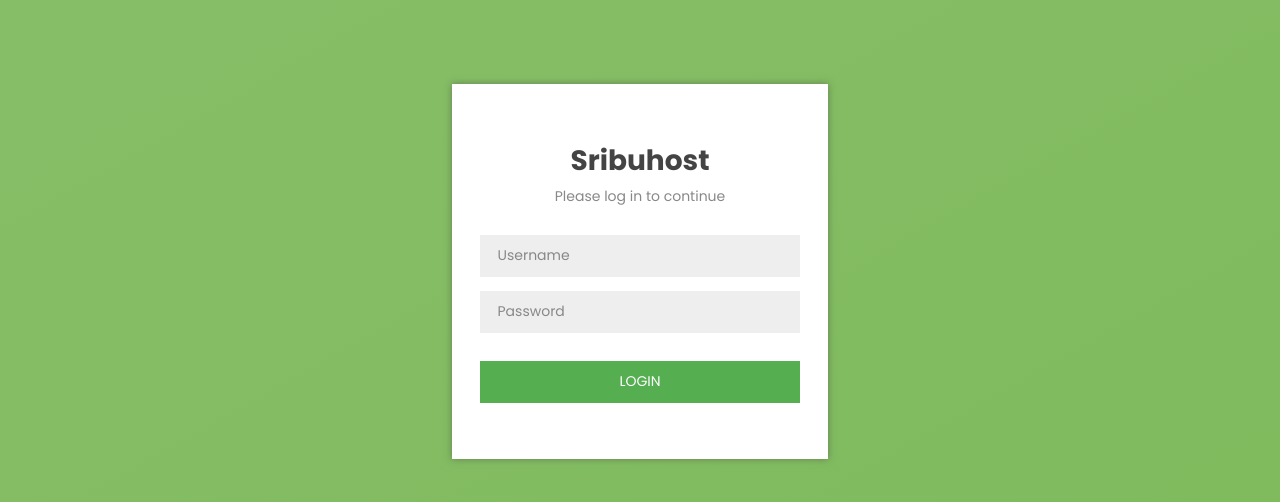
Repository: laurentbul/ApplicationEssai
Page: http://localhost/
The author's editor kept a copy of each file at every save. The page is drawn from the files as they stood at one save, then again after the next save.
The browser window is 1280 px wide. The pictures show the whole page.
The page is run by PHP 8.4 with error messages shown; the project is at /var/www/html/.

Above is the page before, as saved 2023-04-13 07:01:51.

After the next save:
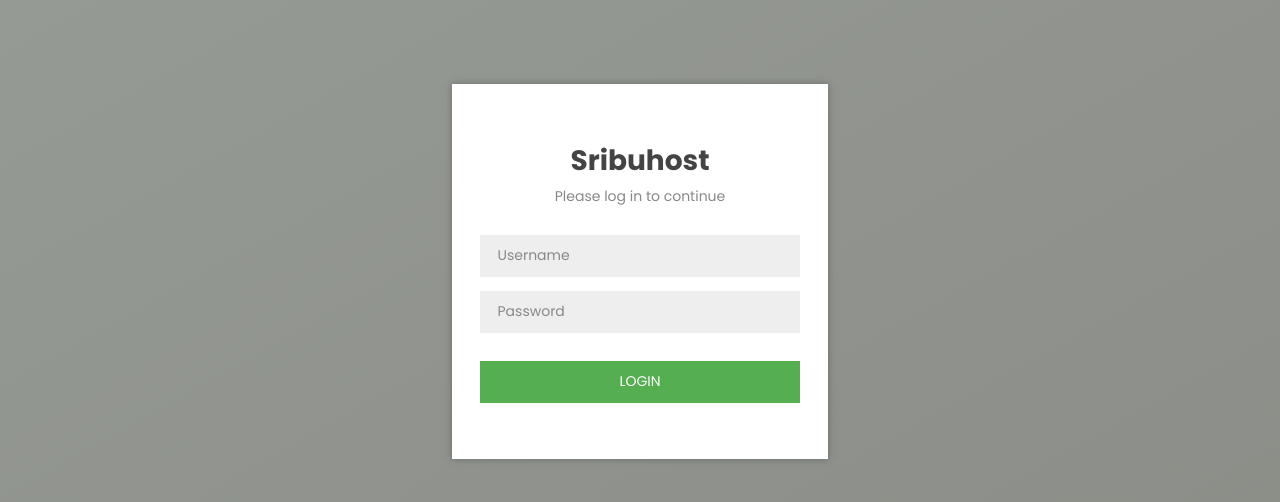
Saved 2 min 23 s later.
--- a/crud2/style.css
+++ b/crud2/style.css
@@ -6,7 +6,7 @@ html {
 }
 
 body {
-  background-image: linear-gradient(to bottom right, #86be67, #7fba5c);
+  background-image: linear-gradient(to bottom right, #969a94, #898d86);
   color: #444;
   margin: 0;
   min-height: 100vh;
